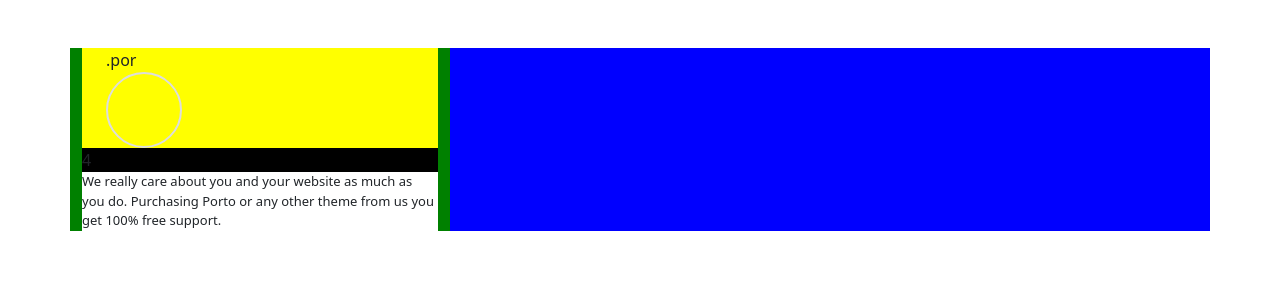
Repository: NguyenDo13/BE2-NhomH
Page: module-9/index/index.html
The author's editor kept a copy of each file at every save. The page is drawn from the files as they stood at one save, then again after a run of saves.
The browser window is 1280 px wide. The pictures show the whole page.

Above is the page before, as saved 2022-05-15 11:26:26.

### module-9/index/index.html
<!DOCTYPE html>
<html lang="en">

<head>
    <meta charset="UTF-8" />
    <meta http-equiv="X-UA-Compatible" content="IE=edge" />
    <meta name="viewport" content="width=device-width, initial-scale=1.0" />
    <link rel="stylesheet" href="public/css/style.css" />
    <link rel="stylesheet" href="public/css/bootstrap.min.css" />
    <link rel="stylesheet" href="https://cdnjs.cloudflare.com/ajax/libs/font-awesome/5.15.3/css/all.min.css" />
    <title>Document</title>
</head>

<body>
    <div class="pt-5 pb-4">
        <!-- chia hàng -->
        <div class="container">
            <div class="row">
                <!-- chia cột -->
                <div class="vc_column_container col-md-4">
                    <div class="portoContainer vc_column-inner">
                        <div class="portoTop px-4 style_1 top-icon">
                            .por
                            <div class="portoTopicon" style="text-align: center;">
                                <div class="porto-icon advanced">

                                </div>
                                <i class="Simple-Line-Icons-earphones-alt"> </i>
                            </div>
                        </div>
                        <div class="portoheader">4</div>
                        <div class="portodescription" style="font-size: 13px">
                            We really care about you and your website as much as you do. Purchasing Porto or any other theme from us you get 100% free support.
                        </div>
                    </div>
                </div>
            </div>
        </div>
    </div>
</body>

</html>

### module-9/index/public/css/style.css
body {
    font-size: 13px;
    line-height: 22px;
    font-family: 'Open Sans', sans-serif;
    background: #fff;
}

.portoTotal {
    background-color: red;
}

.container {}

.row {
    background-color: blue;
    display: flex;
    flex-wrap: wrap;
}

.vc_column_container {
    background-color: green;
}

.portoContainer {
    background-color: yellow;
}

.portotop {}

.portoTopicon {}

.porto-icon {
    color: #0088cc;
    background: transparent;
    border-style: solid;
    border-color: #dddddd;
    border-width: 2px;
    width: 76px;
    height: 76px;
    line-height: 76px;
    border-radius: 40px;
    font-size: 40px;
}

.portoheader {
    background-color: black;
}

.portodescription {
    background-color: white;
}

Loaded but not shown: module-9/index/public/css/bootstrap.min.css (library)

After the next 2 saves:
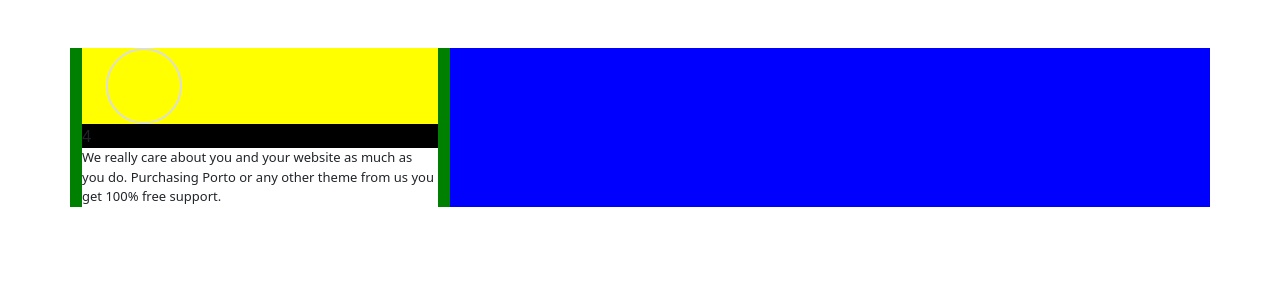
The 2 saves are shown as one change because they came seconds apart.
The last was saved 11 s later.
--- a/module-9/index/index.html
+++ b/module-9/index/index.html
@@ -20,12 +20,13 @@
                 <div class="vc_column_container col-md-4">
                     <div class="portoContainer vc_column-inner">
                         <div class="portoTop px-4 style_1 top-icon">
-                            .por
-                            <div class="portoTopicon" style="text-align: center;">
-                                <div class="porto-icon advanced">
+                            <div class="porto-siscon-top">
+                                <div class="portoTopicon" style="text-align: center;">
+                                    <div class="porto-icon advanced">
 
+                                    </div>
+                                    <i class="Simple-Line-Icons-earphones-alt"> </i>
                                 </div>
-                                <i class="Simple-Line-Icons-earphones-alt"> </i>
                             </div>
                         </div>
                         <div class="portoheader">4</div>
